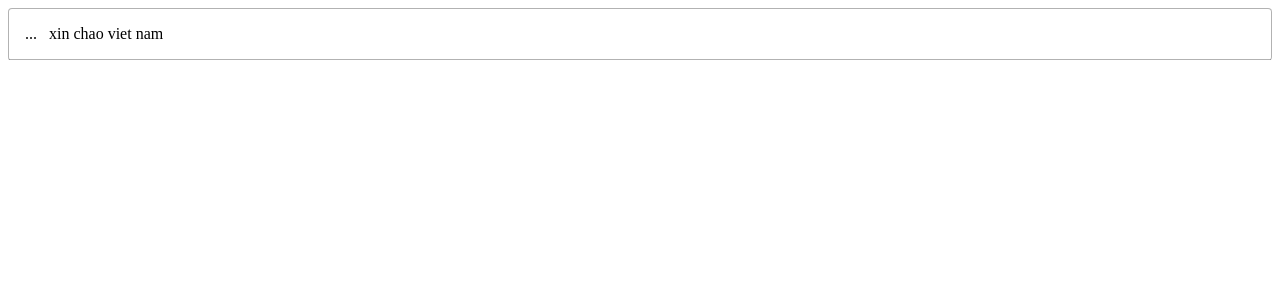
Repository: AOY311/DuckEdu
Page: test2.html
The author's editor kept a copy of each file at every save. The page is drawn from the files as they stood at one save, then again after the next save.
The browser window is 1280 px wide. The pictures show the whole page.
After loading, the first visible `div.accordion__item` was clicked once.

Above is the page before, as saved 2021-10-31 14:07:30.
Console error (its wording comes from the project's code and is left out).

### test2.html
<!DOCTYPE html>
<html lang="en">

<head>
    <meta charset="UTF-8">
    <meta http-equiv="X-UA-Compatible" content="IE=edge">
    <meta name="viewport" content="width=device-width, initial-scale=1.0">
    <script src="https://ajax.googleapis.com/ajax/libs/jquery/3.5.1/jquery.min.js"></script>
    <title>Document</title>
    <style>
        .accordion {
            /* Border */
            border: 1px solid rgba(0, 0, 0, 0.3);
            border-bottom-color: transparent;
            border-radius: 4px;
        }

        .accordion__item {
            border-bottom: 1px solid rgba(0, 0, 0, 0.3);
        }

        .accordion__header {
            /* Center the content horizontally */
            align-items: center;
            display: flex;
            cursor: pointer;
            padding: 16px;
        }

        .accordion__toggle {
            margin-right: 12px;
        }

        .accordion__title {
            /* Take remaining width */
            flex: 1;
        }

        .accordion__content {
            /* For not selected item */
            display: none;
            border-top: 1px solid rgba(0, 0, 0, 0.3);
            padding: 16px;
        }

        .accordion__content--selected {
            /* For selected item */
            display: block;
        }
    </style>
</head>

<body>
    <!-- Container -->
    <div class="accordion">
        <!-- Each accordion item -->
        <div class="accordion__item" onclick="showComment(this)">
            <!-- Heading -->
            <div class="accordion__header">
                <!-- The toggle icon -->
                <div class="accordion__toggle">...</div>

                <!-- The title -->
                <div class="accordion__title">
                    xin chao viet nam
                </div>
            </div>

            <!-- The content -->
            <div class="accordion__content">
                day la cau tra loi cho xin chao viet nam
            </div>
        </div>
    </div>
</body>
<script>
    function showComment(obj) {
        $(obj + " accordion__content").toggleClass("accordion__content--selected")
    }
</script>

</html>

After the next save:
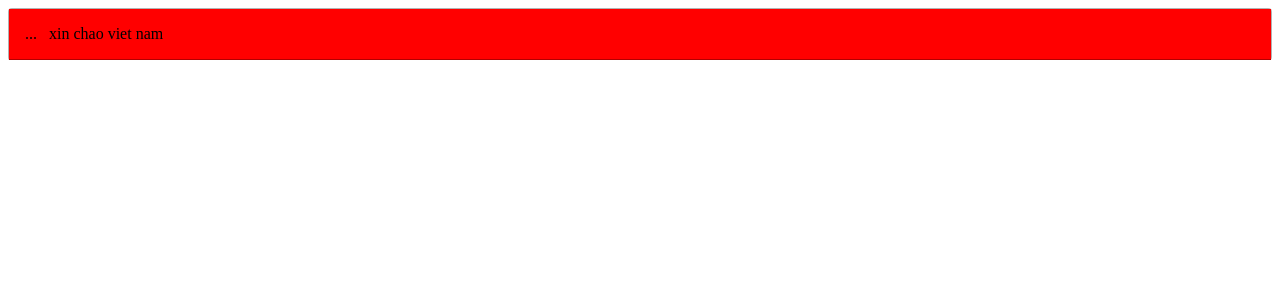
The error is gone.
Saved 4 min 5 s later.
--- a/test2.html
+++ b/test2.html
@@ -75,7 +75,7 @@
 </body>
 <script>
     function showComment(obj) {
-        $(obj + " accordion__content").toggleClass("accordion__content--selected")
+        $(obj).css("background", "red")
     }
 </script>
 
